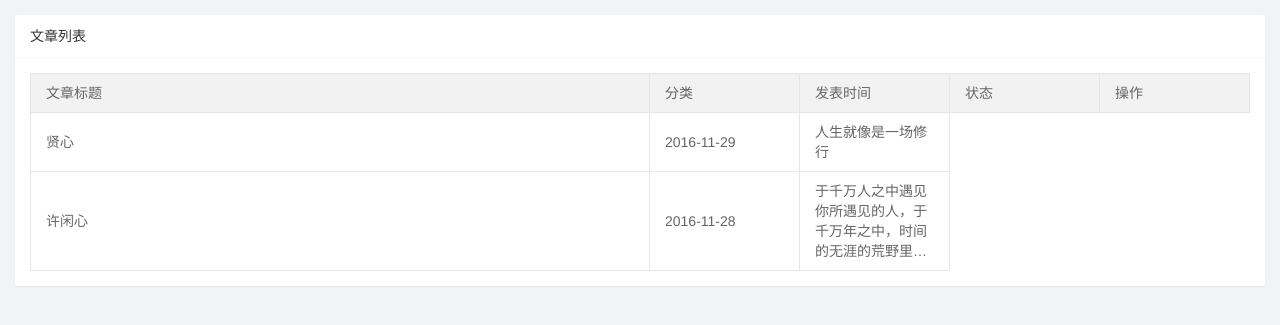
Repository: haloxxi/web_bigevent
Page: article/art-list.html
These files come from the project's save history. The page is drawn as it stood at one moment and after the next save; the edit follows.
The browser window is 1280 px wide. The pictures show the whole page.

Above is the page before, as saved 2022-06-28 16:59:54.

After the next save:
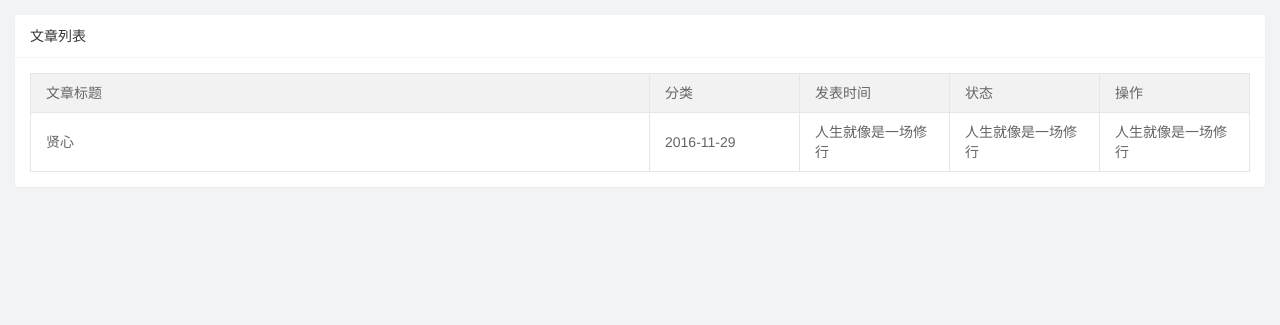
Saved 41 s later.
--- a/article/art-list.html
+++ b/article/art-list.html
@@ -39,11 +39,8 @@
                         <td>贤心</td>
                         <td>2016-11-29</td>
                         <td>人生就像是一场修行</td>
-                    </tr>
-                    <tr>
-                        <td>许闲心</td>
-                        <td>2016-11-28</td>
-                        <td>于千万人之中遇见你所遇见的人，于千万年之中，时间的无涯的荒野里…</td>
+                        <td>人生就像是一场修行</td>
+                        <td>人生就像是一场修行</td>
                     </tr>
                 </tbody>
             </table>
